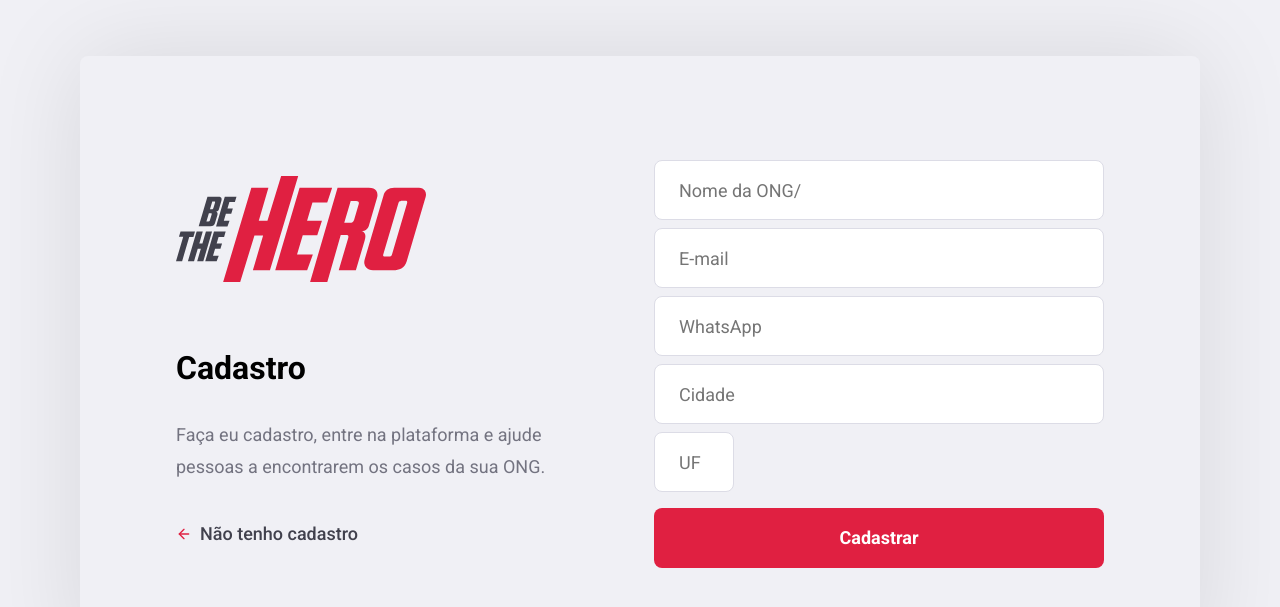
Repository: lucas-silva-dev/be-the-hero
Page: /register (app in frontend/)
These files come from the project's save history. The page is drawn as it stood at one moment and after the next save; the edit follows.
The browser window is 1280 px wide. The pictures show the whole page.
The project was rebuilt for these pictures with package versions that can differ from the ones it lists, and the page was loaded fresh each time. Also part of the build but not shown: frontend/src/pages/Logon/styles.css, frontend/src/pages/Logon/index.js.

Above is the page before, as saved 2020-03-25 23:02:53.

### frontend/public/index.html
<!DOCTYPE html>
<html lang="en">

<head>
  <meta charset="utf-8" />
  <!-- <link rel="icon" href="%PUBLIC_URL%/favicon.ico" /> -->
  <meta name="viewport" content="width=device-width, initial-scale=1" />
  <meta name="theme-color" content="#000000" />

  <title>Be The Hero</title>
</head>

<body>
  <noscript>You need to enable JavaScript to run this app.</noscript>
  <div id="root"></div>

</body>

</html>

### frontend/src/global.css
@import url("https://fonts.googleapis.com/css?family=Roboto:400,500,700&display=swap");

* {
  margin: 0;
  padding: 0;
  outline: 0;
  box-sizing: border-box;
}

body {
  font: 400 14px Roboto, sans-serif;
  background: #f0f0f5;
  -webkit-font-smothing: antialiased;
}

input,
button,
textarea {
  font: 400 18px Roboto, sans-serif;
}

button {
  cursor: pointer;
}

form input {
  width: 100%;
  height: 60px;
  color: #333;
  border: 1px solid #dcdce6;
  border-radius: 8px;
  padding: 0 24px;
}

.button {
  width: 100%;
  height: 60px;
  background: #e02041;
  border: 0;
  border-radius: 8px;
  color: #fff;
  font-weight: 700;
  margin-top: 16px;
  display: inline-block;
  text-align: center;
  text-decoration: none;
  font-size: 18px;
  line-height: 60px;
  transition: filter 0.2s;
}

.button:hover {
  filter: brightness(80%);
}

.back-link {
  display: flex;
  align-items: center;
  margin-top: 40px;
  color: #41414d;
  font-size: 18px;
  text-decoration: none;
  font-weight: 500;
  transition: opacity 0.2s;
}

.back-link svg {
  margin-right: 8px;
}

.back-link:hover {
  opacity: 0.8;
}

### frontend/src/routes.js
import React from 'react';
import { BrowserRouter, Route, Switch } from 'react-router-dom';

import Logon from './pages/Logon';
import Register from './pages/Register';

export default function Routes() {
  return (
    <BrowserRouter>
      <Switch>
        <Route path="/" exact component={Logon} />
        <Route path="/register" component={Register} />
      </Switch>
    </BrowserRouter>
  );
}

### frontend/src/pages/Register/index.js
import React from 'react';
import { Link } from 'react-router-dom';
import { FiArrowLeft } from 'react-icons/fi';

import './styles.css';

import logoImg from '../../assets/logo.svg'

export default function Register() {
  return (
    <div className="register-container">
      <div className="content">
        <section>
          <img src={logoImg} alt="Be The Hero Logo" />

          <h1>Cadastro</h1>
          <p>Faça eu cadastro, entre na plataforma e ajude pessoas a encontrarem os casos da sua ONG.</p>

          <Link className="back-link" to="/register">
            <FiArrowLeft size={16} color="#E02041" />
            Não tenho cadastro
          </Link>

        </section>

        <form >
          <input placeholder="Nome da ONG/" />
          <input type="email" placeholder="E-mail" />
          <input placeholder="WhatsApp" />

          <div className="input-group">
            <input placeholder="Cidade" />
            <input placeholder="UF" style={{ width: 80 }} />
          </div>

          <button className="button" >
            Cadastrar
          </button>
        </form>
      </div>
    </div>
  );
}

### frontend/src/pages/Register/styles.css
.register-container {
  width: 100%;
  max-width: 1120px;
  height: 100vh;
  margin: 0 auto;

  display: flex;
  align-items: center;
  justify-content: center;
}

.register-container .content {
  width: 100%;
  padding: 96px;
  background: #f0f0f5;
  box-shadow: 0 0 100px rgba(0, 0, 0, 0.1);
  border-radius: 8px;

  display: flex;
  justify-content: space-between;
  align-items: center;
}

.register-container .content section {
  width: 100%;
  max-width: 380px;
}

.register-container .content section h1 {
  margin: 64px 0 32px;
  font-size: 32px;
}

.register-container .content section p {
  font-size: 18px;
  color: #737380;
  line-height: 32px;
}

.register-container .content form {
  width: 100%;
  max-width: 450px;
}

.register-container .content form input {
  margin-top: 8px;
}

Loaded but not shown: frontend/src/index.js (common file); frontend/src/App.js (common file)

After the next save:
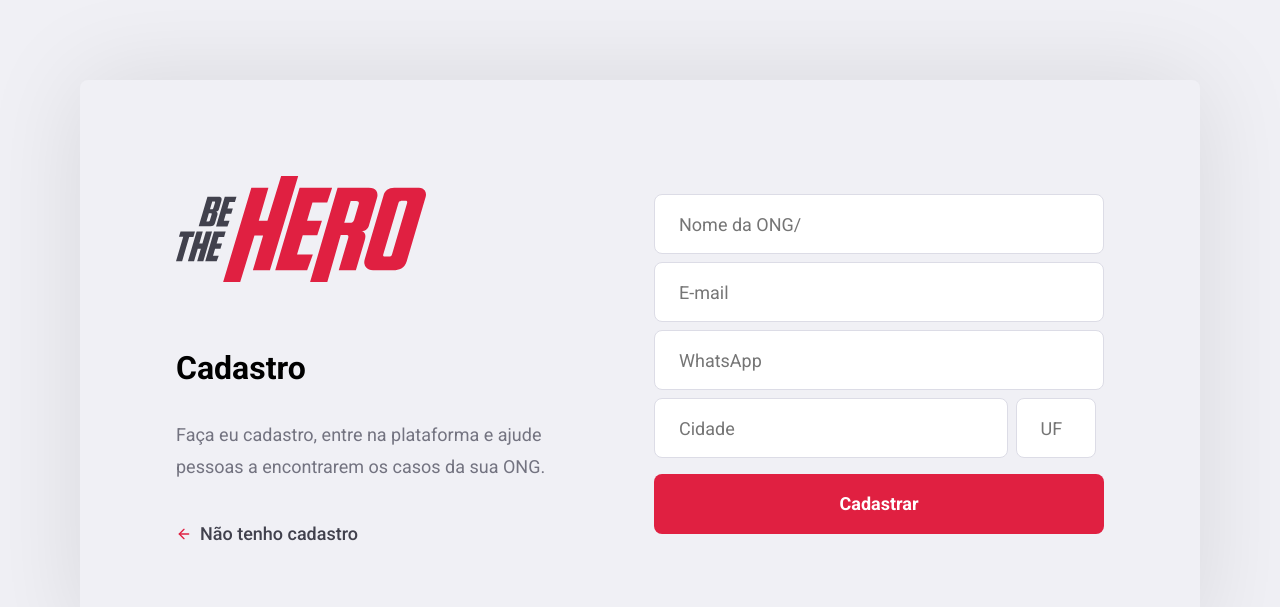
Saved 2 min 13 s later.
--- a/frontend/src/pages/Register/styles.css
+++ b/frontend/src/pages/Register/styles.css
@@ -45,3 +45,9 @@
 .register-container .content form input {
   margin-top: 8px;
 }
+
+.register-container .content form .input-group {
+  display: grid;
+  grid-template-columns: 8fr 2fr;
+  gap: 8px;
+}
